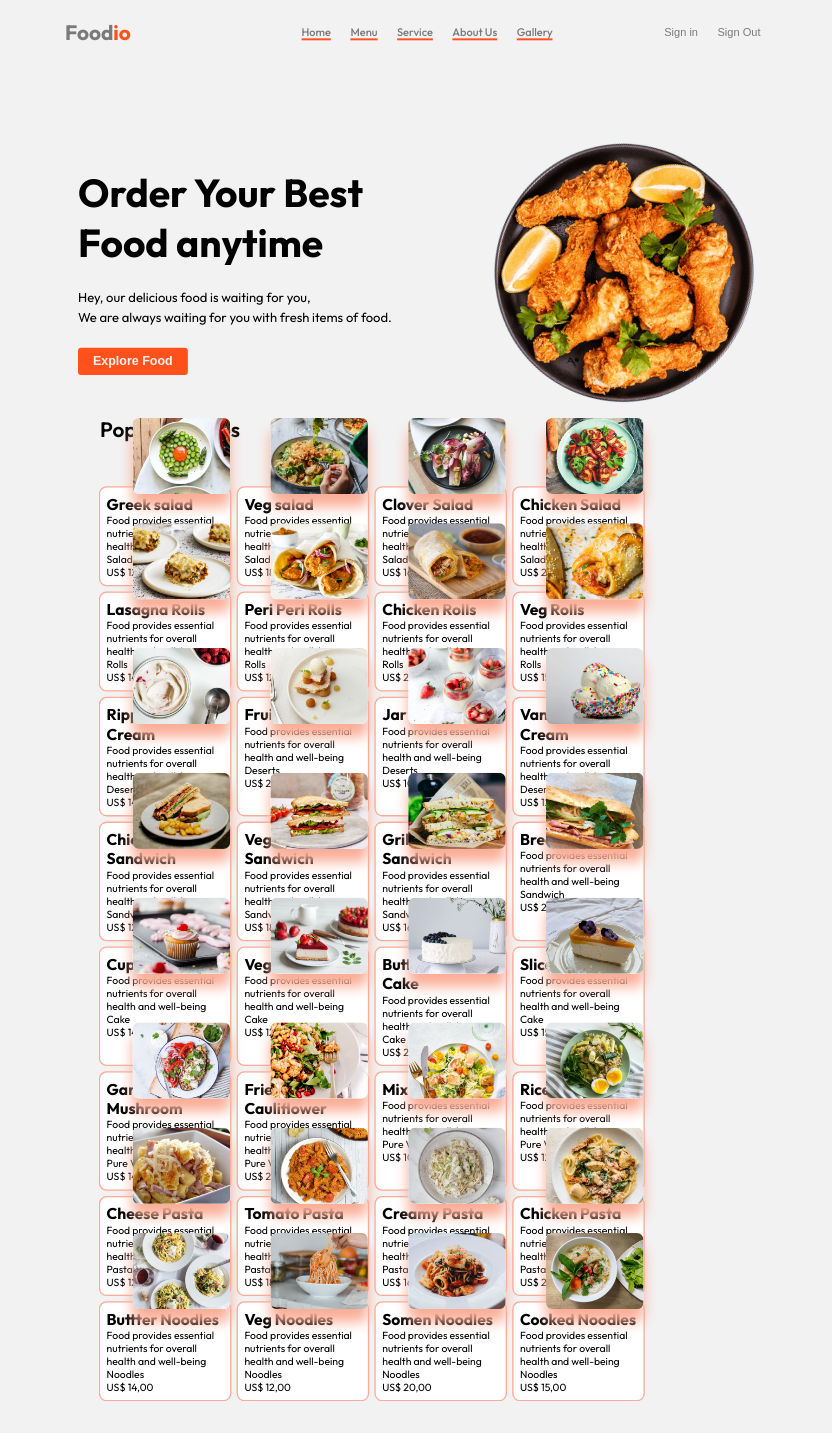
Repository: guilhermecardoso93/foodio
Page: /
An editor plug-in stored every save of this project. The page is shown before and after the next save, followed by the edit.
The browser window is 1280 px wide. The pictures show the whole page, at 65% of full size.
The project was rebuilt for these pictures with package versions that can differ from the ones it lists, and the page was loaded fresh each time. Also part of the build but not shown: vite.config.js, src/index.css.

Above is the page before, as saved 2024-11-05 20:15:54.

### index.html
<!doctype html>
<html lang="en">

<head>
    <meta charset="UTF-8" />
    <link rel="icon" type="image/svg+xml" href="/" />
    <link rel="preconnect" href="https://fonts.googleapis.com">
    <link rel="preconnect" href="https://fonts.gstatic.com" crossorigin>
    <link href="https://fonts.googleapis.com/css2?family=Inter:ital,opsz,wght@0,14..32,100..900;1,14..32,100..900&family=Outfit:wght@100..900&display=swap" rel="stylesheet">
    <meta name="viewport" content="width=device-width, initial-scale=1.0" />
    <title>Foodio</title>
</head>

<body>
    <div id="root"></div>
    <script type="module" src="/src/main.jsx"></script>
</body>

</html>

### src/main.jsx
import { StrictMode } from "react";
import { createRoot } from "react-dom/client";
import { App } from "./App.jsx";

import "./index.css";
createRoot(document.getElementById("root")).render(
  <StrictMode>
    <App />
  </StrictMode>
);

### src/App.jsx
import "./App.css";
import { Main } from "./components/Main";
import { Menu } from "./components/Menu";

export function App() {
  return (
    <>
      <Menu />
      <Main />
    </>
  );
}

### src/App.css
*, ::after, ::before {
  margin: 0;
  padding: 0;
  box-sizing: border-box;
}

body {
  margin: 0 100px;
  background-color: #f2f2f2;
  font-family: "Outfit", serif;
}

### src/components/Main/index.jsx
import imagem1 from "../../assets/images/image1.png";
import imagem5 from "../../assets/images/image5.png";
import { food_list } from "../../assets/assets";
import { CardItem } from "../CardItem";

import "./styles.css";

export function Main() {
  return (
    <main>
      <section className="grid">
        <div className="content">
          <div className="content-left">
            <div className="info">
              <h2>
                Order Your Best
                <br />
                Food anytime
              </h2>
              <p>
                Hey, our delicious food is waiting for you, <br /> We are always
                waiting for you with fresh items of food.
              </p>
            </div>
            <button>Explore Food</button>
          </div>
          <div className="content-right">
            <img src={imagem1} alt="" />
            <img src={imagem5} alt="" />
            <img src={imagem1} alt="" />{" "}
          </div>
        </div>
      </section>
      <section className="category">
        <div className="list-items">
          <h3>Popular Dishes</h3>
          <div className="card-list">
            {food_list.map((item, index) => {
              return (
                <CardItem
                  image={item.image}
                  name={item.name}
                  price={item.price}
                  description={item.description}
                  category={item.category}
                  key={index}
                />
              );
            })}
          </div>
        </div>
      </section>
    </main>
  );
}

### src/components/Menu/index.jsx
import "./styles.css";

export function Menu() {
  function toggleMenu() {}

  return (
    <div className="navbar">
      <div className="navbar-logo">
        <h1>
          Food<b>io</b>
        </h1>
      </div>
      <div className="hamburguer" onClick={toggleMenu()}>
        <span className="bar"></span>
        <span className="bar"></span>
        <span className="bar"></span>
      </div>
      <ul className="navbar-link">
        <li className="active">
          <a href="/">Home</a>
        </li>
        <li className="active">
          <a href="/">Menu</a>
        </li>
        <li className="active">
          <a href="/">Service</a>
        </li>
        <li className="active">
          <a href="/">About Us</a>
        </li>
        <li className="active">
          <a href="/">Gallery</a>
        </li>
      </ul>
      <div className="auth-buttons">
        <input type="submit" className="sign" value="Sign in" name="signin" />
        <input type="submit" className="sign" value="Sign Out" name="signout" />
      </div>
    </div>
  );
}

### src/assets/assets.js

import food_1 from './food/food_1.png'
import food_2 from './food/food_2.png'
import food_3 from './food/food_3.png'
import food_4 from './food/food_4.png'
import food_5 from './food/food_5.png'
import food_6 from './food/food_6.png'
import food_7 from './food/food_7.png'
import food_8 from './food/food_8.png'
import food_9 from './food/food_9.png'
import food_10 from './food/food_10.png'
import food_11 from './food/food_11.png'
import food_12 from './food/food_12.png'
import food_13 from './food/food_13.png'
import food_14 from './food/food_14.png'
import food_15 from './food/food_15.png'
import food_16 from './food/food_16.png'
import food_17 from './food/food_17.png'
import food_18 from './food/food_18.png'
import food_19 from './food/food_19.png'
import food_20 from './food/food_20.png'
import food_21 from './food/food_21.png'
import food_22 from './food/food_22.png'
import food_23 from './food/food_23.png'
import food_24 from './food/food_24.png'
import food_25 from './food/food_25.png'
import food_26 from './food/food_26.png'
import food_27 from './food/food_27.png'
import food_28 from './food/food_28.png'
import food_29 from './food/food_29.png'
import food_30 from './food/food_30.png'
import food_31 from './food/food_31.png'
import food_32 from './food/food_32.png'


export const food_list = [
    {
        _id: "1",
        name: "Greek salad",
        image: food_1,
        price: 12,
        description: "Food provides essential nutrients for overall health and well-being",
        category: "Salad"
    },
    {
        _id: "2",
        name: "Veg salad",
        image: food_2,
        price: 18,
        description: "Food provides essential nutrients for overall health and well-being",
        category: "Salad"
    }, {
        _id: "3",
        name: "Clover Salad",
        image: food_3,
        price: 16,
        description: "Food provides essential nutrients for overall health and well-being",
        category: "Salad"
    }, {
        _id: "4",
        name: "Chicken Salad",
        image: food_4,
        price: 24,
        description: "Food provides essential nutrients for overall health and well-being",
        category: "Salad"
    }, {
        _id: "5",
        name: "Lasagna Rolls",
        image: food_5,
        price: 14,
        description: "Food provides essential nutrients for overall health and well-being",
        category: "Rolls"
    }, {
        _id: "6",
        name: "Peri Peri Rolls",
        image: food_6,
        price: 12,
        description: "Food provides essential nutrients for overall health and well-being",
        category: "Rolls"
    }, {
        _id: "7",
        name: "Chicken Rolls",
        image: food_7,
        price: 20,
        description: "Food provides essential nutrients for overall health and well-being",
        category: "Rolls"
    }, {
        _id: "8",
        name: "Veg Rolls",
        image: food_8,
        price: 15,
        description: "Food provides essential nutrients for overall health and well-being",
        category: "Rolls"
    }, {
        _id: "9",
        name: "Ripple Ice Cream",
        image: food_9,
        price: 14,
        description: "Food provides essential nutrients for overall health and well-being",
        category: "Deserts"
    }, {
        _id: "10",
        name: "Fruit Ice Cream",
        image: food_10,
        price: 22,
        description: "Food provides essential nutrients for overall health and well-being",
        category: "Deserts"
    }, {
        _id: "11",
        name: "Jar Ice Cream",
        image: food_11,
        price: 10,
        description: "Food provides essential nutrients for overall health and well-being",
        category: "Deserts"
    }, {
        _id: "12",
        name: "Vanilla Ice Cream",
        image: food_12,
        price: 12,
        description: "Food provides essential nutrients for overall health and well-being",
        category: "Deserts"
    },
    {
        _id: "13",
        name: "Chicken Sandwich",
        image: food_13,
        price: 12,
        description: "Food provides essential nutrients for overall health and well-being",
        category: "Sandwich"
    },
    {
        _id: "14",
        name: "Vegan Sandwich",
        image: food_14,
        price: 18,
        description: "Food provides essential nutrients for overall health and well-being",
        category: "Sandwich"
    }, {
        _id: "15",
        name: "Grilled Sandwich",
        image: food_15,
        price: 16,
        description: "Food provides essential nutrients for overall health and well-being",
        category: "Sandwich"
    }, {
        _id: "16",
        name: "Bread Sandwich",
        image: food_16,
        price: 24,
        description: "Food provides essential nutrients for overall health and well-being",
        category: "Sandwich"
    }, {
        _id: "17",
        name: "Cup Cake",
        image: food_17,
        price: 14,
        description: "Food provides essential nutrients for overall health and well-being",
        category: "Cake"
    }, {
        _id: "18",
        name: "Vegan Cake",
        image: food_18,
        price: 12,
        description: "Food provides essential nutrients for overall health and well-being",
        category: "Cake"
    }, {
        _id: "19",
        name: "Butterscotch Cake",
        image: food_19,
        price: 20,
        description: "Food provides essential nutrients for overall health and well-being",
        category: "Cake"
    }, {
        _id: "20",
        name: "Sliced Cake",
        image: food_20,
        price: 15,
        description: "Food provides essential nutrients for overall health and well-being",
        category: "Cake"
    }, {
        _id: "21",
        name: "Garlic Mushroom ",
        image: food_21,
        price: 14,
        description: "Food provides essential nutrients for overall health and well-being",
        category: "Pure Veg"
    }, {
        _id: "22",
        name: "Fried Cauliflower",
        image: food_22,
        price: 22,
        description: "Food provides essential nutrients for overall health and well-being",
        category: "Pure Veg"
    }, {
        _id: "23",
        name: "Mix Veg Pulao",
        image: food_23,
        price: 10,
        description: "Food provides essential nutrients for overall health and well-being",
        category: "Pure Veg"
    }, {
        _id: "24",
        name: "Rice Zucchini",
        image: food_24,
        price: 12,
        description: "Food provides essential nutrients for overall health and well-being",
        category: "Pure Veg"
    },
    {
        _id: "25",
        name: "Cheese Pasta",
        image: food_25,
        price: 12,
        description: "Food provides essential nutrients for overall health and well-being",
        category: "Pasta"
    },
    {
        _id: "26",
        name: "Tomato Pasta",
        image: food_26,
        price: 18,
        description: "Food provides essential nutrients for overall health and well-being",
        category: "Pasta"
    }, {
        _id: "27",
        name: "Creamy Pasta",
        image: food_27,
        price: 16,
        description: "Food provides essential nutrients for overall health and well-being",
        category: "Pasta"
    }, {
        _id: "28",
        name: "Chicken Pasta",
        image: food_28,
        price: 24,
        description: "Food provides essential nutrients for overall health and well-being",
        category: "Pasta"
    }, {
        _id: "29",
        name: "Buttter Noodles",
        image: food_29,
        price: 14,
        description: "Food provides essential nutrients for overall health and well-being",
        category: "Noodles"
    }, {
        _id: "30",
        name: "Veg Noodles",
        image: food_30,
        price: 12,
        description: "Food provides essential nutrients for overall health and well-being",
        category: "Noodles"
    }, {
        _id: "31",
        name: "Somen Noodles",
        image: food_31,
        price: 20,
        description: "Food provides essential nutrients for overall health and well-being",
        category: "Noodles"
    }, {
        _id: "32",
        name: "Cooked Noodles",
        image: food_32,
        price: 15,
        description: "Food provides essential nutrients for overall health and well-being",
        category: "Noodles"
    }
]

### src/components/CardItem/index.jsx
import "./styles.css";

export function CardItem({ image, name, price, description, category }) {
  function formatarPreco(valor) {
    return new Intl.NumberFormat("pt-BR", {
      style: "currency",
      currency: "USD",
    }).format(valor);
  }

  return (
    <div className="card">
      <img src={image} alt="" />
      <div className="food-title">
        <h1>{name}</h1>
      </div>
      <div className="desc-food">
        <p>{description}</p>
        <p>{category}</p>
      </div>
      <div className="price">
        <span>{formatarPreco(price)}</span>
      </div>
    </div>
  );
}

### src/components/Main/styles.css
.content {
  display: grid;
  grid-template-columns: 50% auto;
  margin-top: 100px;
  gap: 30px;
  align-items: center;
  justify-content: space-between;
  width: 100%;
}

.content-left {
  display: block;
  width: 100%;
}

.content-left .info {
  max-width: 100%;
  display: flex;
  flex-direction: column;
}

.content-left .info h2 {
  font-size: 60px;
  margin-bottom: 30px;
}

.content-left .info p {
  font-size: 20px;
  line-height: 2pc;
  margin-bottom: 30px;
}

.content-left button {
  padding: 10px 23px;
  background-color: #ff511c;
  color: #f2f2f2;
  border-radius: 5px;
  border: none;
  cursor: pointer;
  font-weight: 600;
  font-size: 1.2rem;
  margin-bottom: 5px;
}

.content-left button:hover {
  color: #ff511c;
  background-color: #f2f2f2;
  border: solid 2px #ff511c;
  padding: 8px 21px;
}

.grid {
  width: 100%;
  max-width: 1200px;
  margin: 0 auto;
  padding: 20px;
}

.content-right {
  position: relative;
  height: 400px;
  width: 400px;
  display: flex;
  justify-content: center;
  align-items: center;
}

.content-right img {
  position: absolute;
  width: 100%;
  height: 100%;
  object-fit: cover;
  opacity: 0;
  animation: imageSwitch 15s infinite, rotate 3s linear infinite;
  transform-origin: center center;
}

.content-right img:nth-child(1) {
  animation-delay: 0s;
}

.content-right img:nth-child(2) {
  animation-delay: 5s;
}

.content-right img:nth-child(3) {
  animation-delay: 10s;
}

@keyframes rotate {
  from {
    transform: rotate(0deg);
  }

  to {
    transform: rotate(360deg);
  }
}

@keyframes imageSwitch {
  0%, 33% {
    opacity: 1;
  }

  34%, 100% {
    opacity: 0;
  }
}

.category {
  width: 100%;
  display: flex;
  margin-bottom: 50px;
  justify-content: center;
}

.category .list-items {
  width: 90%;
  position: relative;
  position: relative;
}

.category .list-items h3 {
  font-size: 2rem;
  font-weight: 600;
  margin-bottom: 70px;
}

.category .list-items .card-list {
  display: flex;
  flex-wrap: wrap;
  gap: 12px;
}

### src/components/Menu/styles.css
.navbar {
  width: 100%;
  display: flex;
  justify-content: space-between;
  align-items: center;
  padding: 30px 0;
}

.navbar-logo {
  font-weight: 600;
  color: rgb(122, 122, 122);
}

.navbar-logo b {
  color: #ff511c;
}

.navbar-link {
  display: flex;
  list-style: none;
}

.navbar-link li {
  margin-right: 30px;
}

.navbar-link li a {
  text-decoration: none;
  color: rgb(122, 122, 122);
  font-weight: 500;
  font-size: 17px;
}

.navbar-link li a:hover {
  color: #ff511c;
}

.navbar-link .active::after {
  content: "";
  width: 100%;
  height: 3px;
  background-color: #ff511c;
  display: flex;
  position: relative;
  margin-top: 3x;
}

.auth-buttons {
  display: flex;
  align-items: center;
  gap: 10px;
}

input {
  padding: 10px;
  cursor: pointer;
  font-weight: 600;
}

.sign {
  background: transparent;
  border: none;
  color: rgb(122, 122, 122);
  font-weight: 500;
  font-size: 17px;
  text-decoration: none;
}

.sign:hover {
  background-color: #ff511c;
  border-radius: 10px;
  color: black;
}

### src/components/CardItem/styles.css
.card {
  width: 200px;
  height: auto;
  display: block;
  padding: 10px;
  border-radius: 10px;
  position: relative;
  background-color: #ffffff;
  outline: 2px solid #ffaa96;
}

.card img {
  width: 150px;
  border-radius: 10px;
  height: auto;
  bottom: 140px;
  left: 50px;
  object-fit: cover;
  object-position: center;
  background-repeat: no-repeat;
  position: absolute;
  box-shadow: 0 20px 20px #faad96;
}

After the next save:
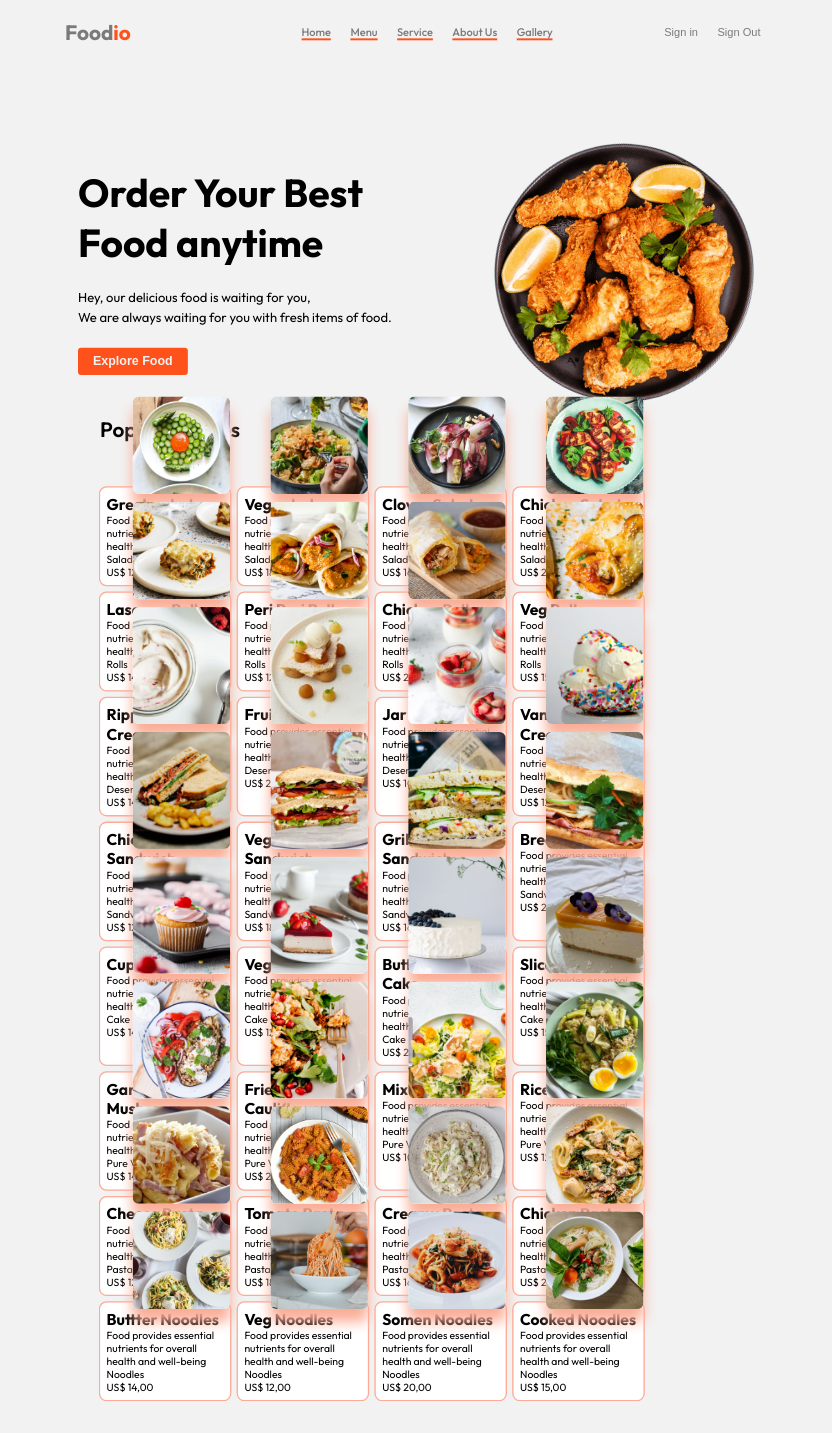
Saved 14 s later.
--- a/src/components/CardItem/styles.css
+++ b/src/components/CardItem/styles.css
@@ -12,7 +12,7 @@
 .card img {
   width: 150px;
   border-radius: 10px;
-  height: auto;
+  height: 100%;
   bottom: 140px;
   left: 50px;
   object-fit: cover;
